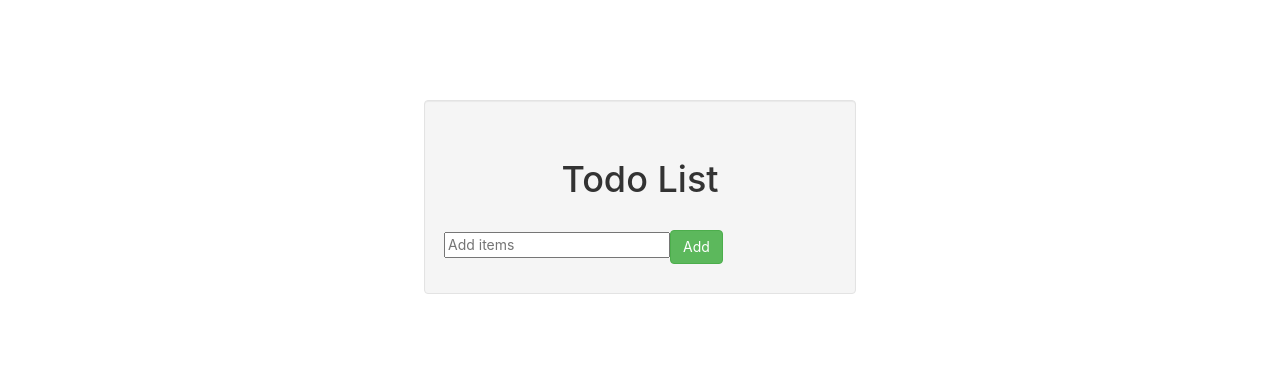
Repository: arpana23/Todo-list
Page: /
These files come from the project's save history. The page is drawn as it stood at one moment and after the next save; the edit follows.
The browser window is 1280 px wide. The pictures show the whole page.
Some web libraries are served in a nearby version. The project was rebuilt for these pictures with package versions that can differ from the ones it lists, and the page was loaded fresh each time. Also part of the build but not shown: src/Todolist.js.

Above is the page before, as saved 2021-04-14 18:08:39.

### public/index.html
<!DOCTYPE html>
<html lang="en">
  <head>
    <meta charset="utf-8" />
    <link rel="icon" href="%PUBLIC_URL%/favicon.ico" />
    <meta name="viewport" content="width=device-width, initial-scale=1" />
    <meta name="theme-color" content="#000000" />
    <meta
      name="description"
      content="Web site created using create-react-app"
    />
    <link rel="apple-touch-icon" href="%PUBLIC_URL%/logo192.png" />
    <!--
      manifest.json provides metadata used when your web app is installed on a
      user's mobile device or desktop. See https://developers.google.com/web/fundamentals/web-app-manifest/
    -->
    <script src="https://kit.fontawesome.com/94ade1d1ca.js" crossorigin="anonymous"></script>
    <link rel="manifest" href="%PUBLIC_URL%/manifest.json" />
    <!-- Latest compiled and minified CSS -->
    <link rel="stylesheet" href="https://maxcdn.bootstrapcdn.com/bootstrap/3.4.1/css/bootstrap.min.css">

    <!-- jQuery library -->
    <script src="https://ajax.googleapis.com/ajax/libs/jquery/3.5.1/jquery.min.js"></script>

    <!-- Latest compiled JavaScript -->
    <script src="https://maxcdn.bootstrapcdn.com/bootstrap/3.4.1/js/bootstrap.min.js"></script>
    <!--
      Notice the use of %PUBLIC_URL% in the tags above.
      It will be replaced with the URL of the `public` folder during the build.
      Only files inside the `public` folder can be referenced from the HTML.

      Unlike "/favicon.ico" or "favicon.ico", "%PUBLIC_URL%/favicon.ico" will
      work correctly both with client-side routing and a non-root public URL.
      Learn how to configure a non-root public URL by running `npm run build`.
    -->
    <title>React App</title>
  </head>
  <body>
    <noscript>You need to enable JavaScript to run this app.</noscript>
    <div id="root"></div>
    <!--
      This HTML file is a template.
      If you open it directly in the browser, you will see an empty page.

      You can add webfonts, meta tags, or analytics to this file.
      The build step will place the bundled scripts into the <body> tag.

      To begin the development, run `npm start` or `yarn start`.
      To create a production bundle, use `npm run build` or `yarn build`.
    -->
  </body>
</html>

### src/App.js
import React, { useState } from 'react';
import Todolist from './Todolist';
import './App.css';

const App = () => {


  const [inputItem , setInputItem] = useState("");
  const [itemList , setItemList] = useState([]);

  const handleChange = (e) => {
    setInputItem(e.target.value);
  }

  const addItems = (e) => {
    e.preventDefault();
    setItemList((olditems) => {
      return [...olditems, inputItem];
    });
    setInputItem("");
  }

  const updateItem = (id) => {
    let item =  itemList.map((olditems,index,data) => {
      if(index === id) {
        setInputItem(data.splice(index,1));
        olditems = !olditems;
      }
      return [olditems];
      }
    )
    return item;
  }

  const deleteItem = (id) => {
    setItemList((olditems) => {
      return olditems.filter((arrElement,index) => {
        return index !== id;
        // if(index !== id) {
        //   return [...arrElement];
        // }
      })
    })
  }


 return (
  <>
    <div className="main-container">
      <div className="flex-container">
        <div className="well">
          <br />
            <h1 className="title text-center">Todo List</h1>
          <br />
          <div>
            <input type="text" className="addInput" placeholder="Add items" value={inputItem} onChange={handleChange}/>
            <button type="submit" className={`btn text-center ${setInputItem !== '' ? 'btn-success' : 'btn-success text-blur'}`}   onClick={addItems}> Add </button>
            <ul>
              {
                itemList.map((data,index) => {
                  return <Todolist
                  key= {index}
                  id= {index}
                  list= {data}
                  onEdit= {updateItem}
                  onSelect= {deleteItem}
                  />
                })
              }
            </ul>
          </div>
        </div>
      </div>
    </div>

  </>
 )
}

export default App;

### src/App.css
.App {
  text-align: center;
}

.main-container {
  display: flex;
  flex-direction: column;
  justify-content: center;
}

.flex-container {
  display: flex;
  flex-direction: column;
  align-items: center;
  margin: 100px;
}

.well {
  /* background-color: black; */
  width: 40%;
}

Loaded but not shown: src/index.js (common file); src/index.css (common file); src/reportWebVitals.js (common file)

After the next save:
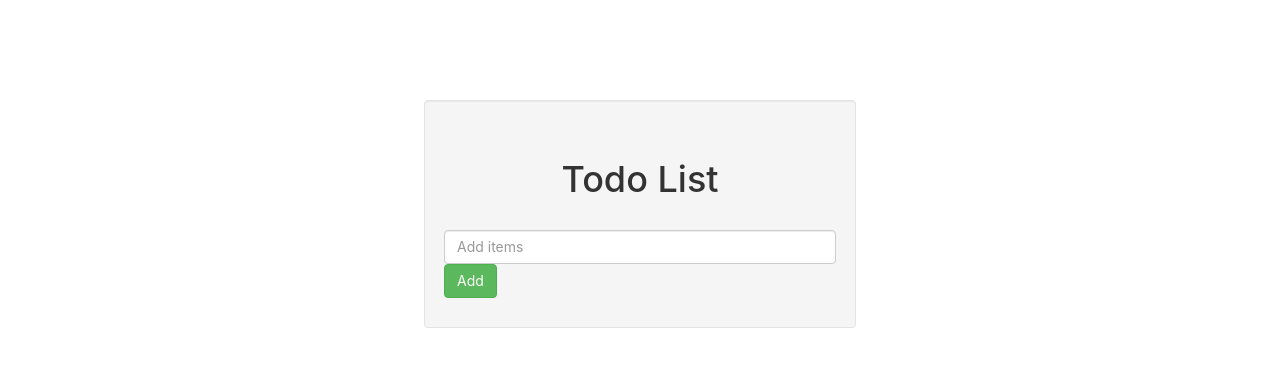
Saved 99 s later.
--- a/src/App.js
+++ b/src/App.js
@@ -53,7 +53,7 @@ const App = () => {
             <h1 className="title text-center">Todo List</h1>
           <br />
           <div>
-            <input type="text" className="addInput" placeholder="Add items" value={inputItem} onChange={handleChange}/>
+            <input type="text" className="addInput form-control" placeholder="Add items" value={inputItem} onChange={handleChange}/>
             <button type="submit" className={`btn text-center ${setInputItem !== '' ? 'btn-success' : 'btn-success text-blur'}`}   onClick={addItems}> Add </button>
             <ul>
               {
